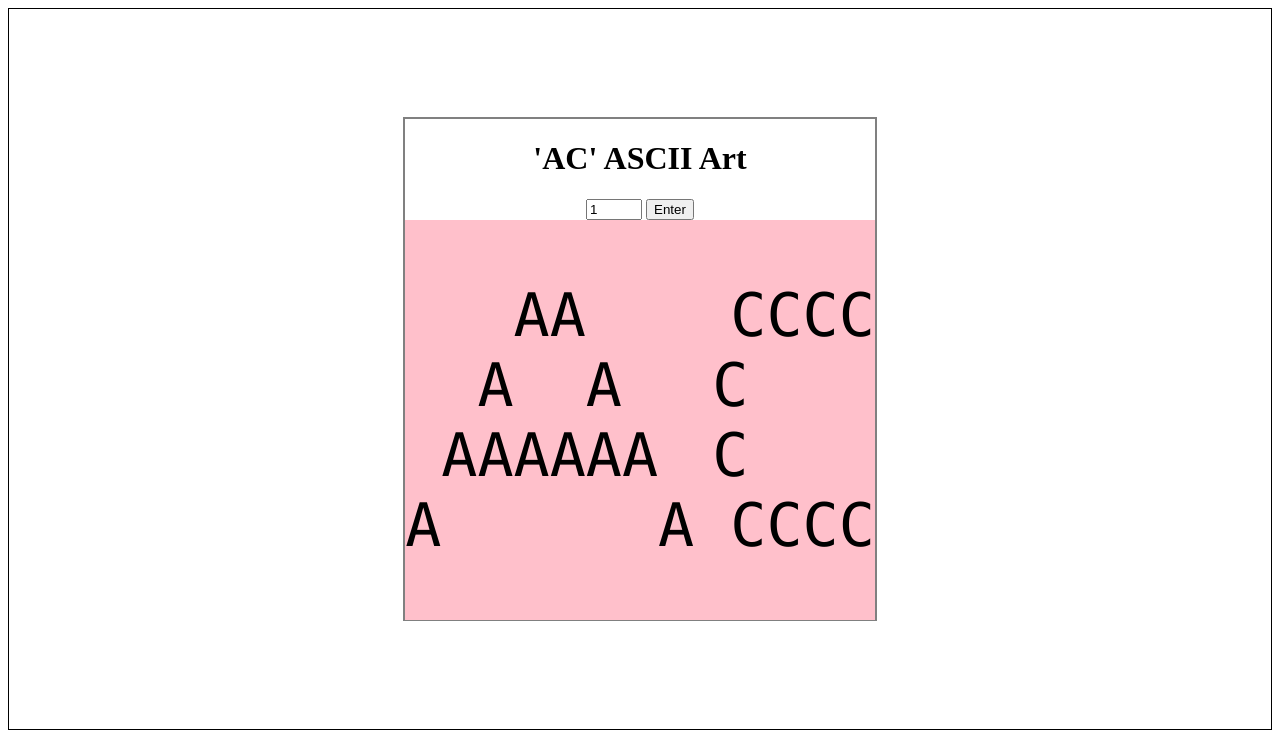
Repository: Achorn/ascii-art
Page: index.html
An editor plug-in stored every save of this project. The page is shown before and after the next save, followed by the edit.
The browser window is 1280 px wide. The pictures show the whole page.

Above is the page before, as saved 2021-08-09 20:15:21.

After the next save:
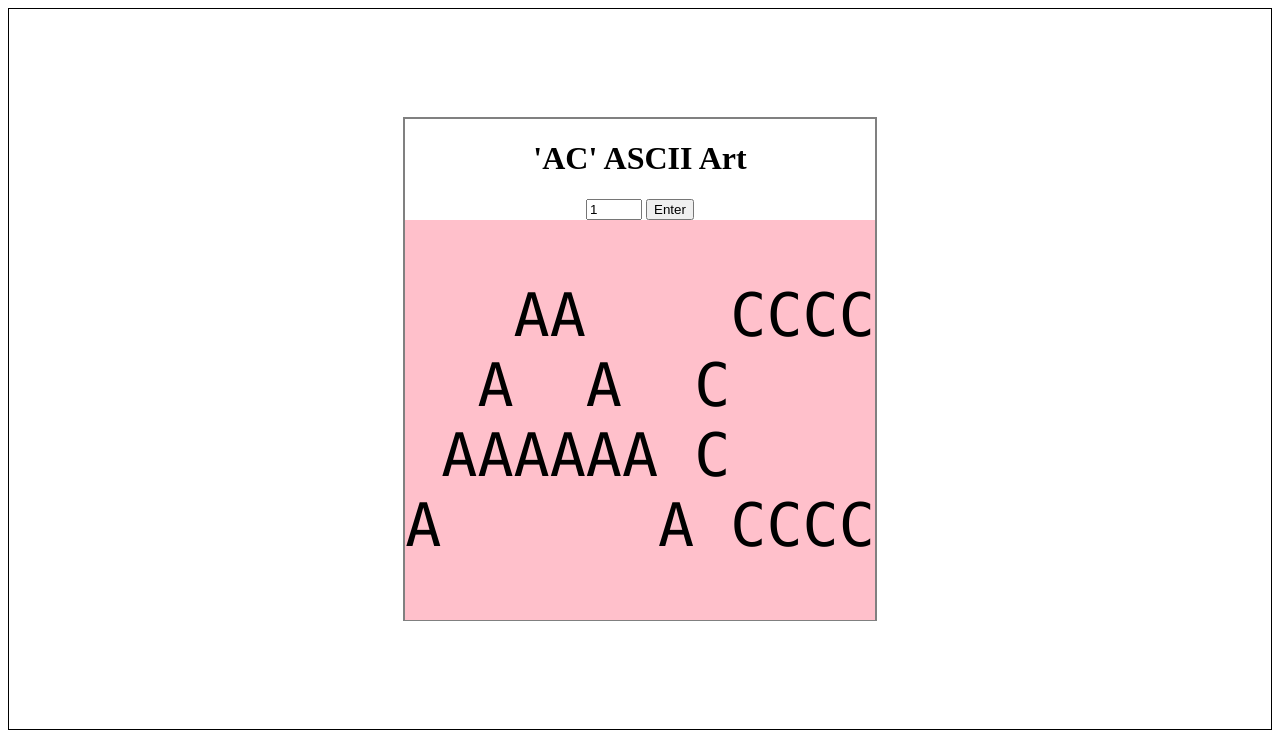
Saved 8 s later.
--- a/myscripts.js
+++ b/myscripts.js
@@ -25,8 +25,8 @@ let fourA = [
 ];
 let fourC = [
   [" ", "C", "C", "C", "C"],
-  ["C", " ", " ", " "],
-  ["C", " ", " ", " "],
+  ["C", " ", " ", " ", " "],
+  ["C", " ", " ", " ", " "],
   [" ", "C", "C", "C", "C"],
 ];
 
